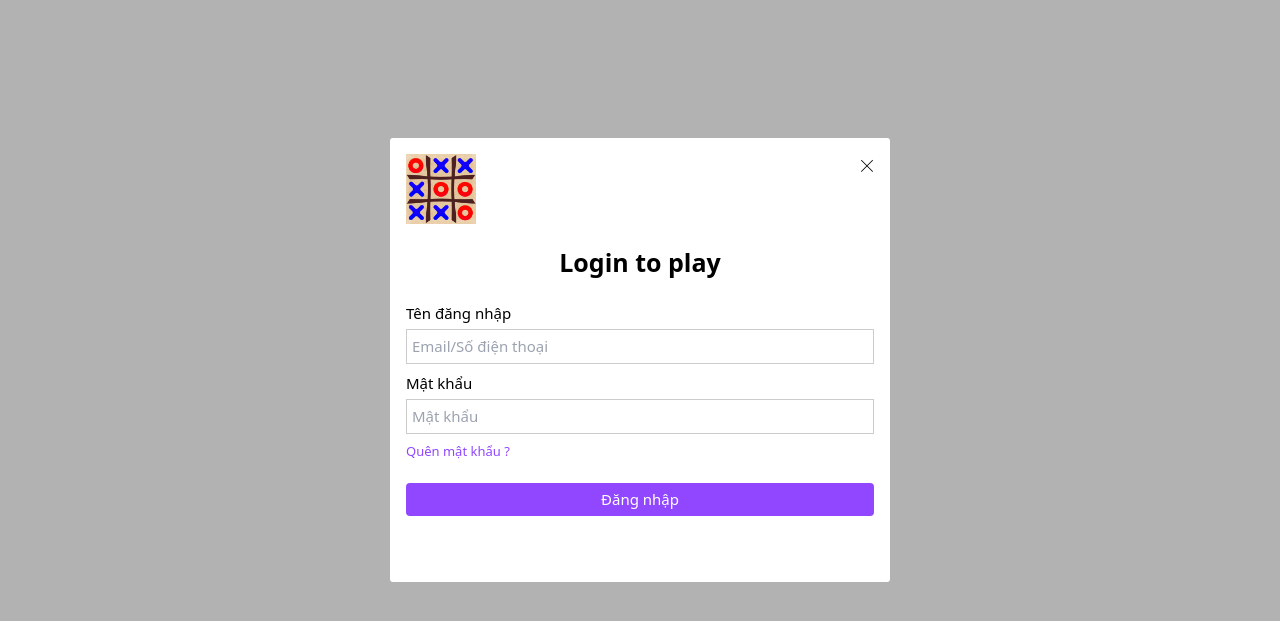
Repository: Teddy1705/demo_pj
Page: /
An editor plug-in stored every save of this project. The page is shown before and after the next save, followed by the edit.
The browser window is 1280 px wide. The pictures show the whole page.
The project was rebuilt for these pictures with package versions that can differ from the ones it lists, and the page was loaded fresh each time. Also part of the build but not shown: vite.config.js.

Above is the page before, as saved 2024-04-16 11:19:53.

### index.html
<!DOCTYPE html>
<html lang="en">
  <head>
    <meta charset="UTF-8" />
    <link rel="icon" type="image/svg+xml" href="/vite.svg" />
    <meta name="viewport" content="width=device-width, initial-scale=1.0" />
    <title>Tic Tac Toe</title>
    <link rel="stylesheet" href="./src/index.css" />
    <link
      rel="stylesheet"
      href="./src/assets/themify-icons/themify-icons.css"
    />
  </head>
  <body>
    <div id="root"></div>
    <script type="module" src="/src/main.jsx"></script>
  </body>
</html>

### src/index.css
:root {
  --white-color: #fff;
  --black-color: #000;
}

/*
1. Prevent padding and border from affecting element width. (https://github.com/mozdevs/cssremedy/issues/4)
2. Allow adding a border to an element by just adding a border-width. (https://github.com/tailwindcss/tailwindcss/pull/116)
*/

*,
::before,
::after {
  box-sizing: border-box;
  /* 1 */
  border-width: 0;
  /* 2 */
  border-style: solid;
  /* 2 */
  border-color: #e5e7eb;
  /* 2 */
}

::before,
::after {
  --tw-content: "";
}

/*
1. Use a consistent sensible line-height in all browsers.
2. Prevent adjustments of font size after orientation changes in iOS.
3. Use a more readable tab size.
4. Use the user's configured `sans` font-family by default.
5. Use the user's configured `sans` font-feature-settings by default.
6. Use the user's configured `sans` font-variation-settings by default.
7. Disable tap highlights on iOS
*/

html,
:host {
  line-height: 1.5;
  /* 1 */
  -webkit-text-size-adjust: 100%;
  /* 2 */
  -moz-tab-size: 4;
  /* 3 */
  -o-tab-size: 4;
  tab-size: 4;
  /* 3 */
  font-family: ui-sans-serif, system-ui, sans-serif, "Apple Color Emoji",
    "Segoe UI Emoji", "Segoe UI Symbol", "Noto Color Emoji";
  /* 4 */
  font-feature-settings: normal;
  /* 5 */
  font-variation-settings: normal;
  /* 6 */
  -webkit-tap-highlight-color: transparent;
  /* 7 */
}

/*
1. Remove the margin in all browsers.
2. Inherit line-height from `html` so users can set them as a class directly on the `html` element.
*/

body {
  margin: 0;
  /* 1 */
  line-height: inherit;
  /* 2 */
}

/*
1. Add the correct height in Firefox.
2. Correct the inheritance of border color in Firefox. (https://bugzilla.mozilla.org/show_bug.cgi?id=190655)
3. Ensure horizontal rules are visible by default.
*/

hr {
  height: 0;
  /* 1 */
  color: inherit;
  /* 2 */
  border-top-width: 1px;
  /* 3 */
}

/*
Add the correct text decoration in Chrome, Edge, and Safari.
*/

abbr:where([title]) {
  -webkit-text-decoration: underline dotted;
  text-decoration: underline dotted;
}

/*
Remove the default font size and weight for headings.
*/

h1,
h2,
h3,
h4,
h5,
h6 {
  font-size: inherit;
  font-weight: inherit;
}

/*
Reset links to optimize for opt-in styling instead of opt-out.
*/

a {
  color: inherit;
  text-decoration: inherit;
}

/*
Add the correct font weight in Edge and Safari.
*/

b,
strong {
  font-weight: bolder;
}

/*
1. Use the user's configured `mono` font-family by default.
2. Use the user's configured `mono` font-feature-settings by default.
3. Use the user's configured `mono` font-variation-settings by default.
4. Correct the odd `em` font sizing in all browsers.
*/

code,
kbd,
samp,
pre {
  font-family: ui-monospace, SFMono-Regular, Menlo, Monaco, Consolas,
    "Liberation Mono", "Courier New", monospace;
  /* 1 */
  font-feature-settings: normal;
  /* 2 */
  font-variation-settings: normal;
  /* 3 */
  font-size: 1em;
  /* 4 */
}

/*
Add the correct font size in all browsers.
*/

small {
  font-size: 80%;
}

/*
Prevent `sub` and `sup` elements from affecting the line height in all browsers.
*/

sub,
sup {
  font-size: 75%;
  line-height: 0;
  position: relative;
  vertical-align: baseline;
}

sub {
  bottom: -0.25em;
}

sup {
  top: -0.5em;
}

/*
1. Remove text indentation from table contents in Chrome and Safari. (https://bugs.chromium.org/p/chromium/issues/detail?id=999088, https://bugs.webkit.org/show_bug.cgi?id=201297)
2. Correct table border color inheritance in all Chrome and Safari. (https://bugs.chromium.org/p/chromium/issues/detail?id=935729, https://bugs.webkit.org/show_bug.cgi?id=195016)
3. Remove gaps between table borders by default.
*/

table {
  text-indent: 0;
  /* 1 */
  border-color: inherit;
  /* 2 */
  border-collapse: collapse;
  /* 3 */
}

/*
1. Change the font styles in all browsers.
2. Remove the margin in Firefox and Safari.
3. Remove default padding in all browsers.
*/

button,
input,
optgroup,
select,
textarea {
  font-family: inherit;
  /* 1 */
  font-feature-settings: inherit;
  /* 1 */
  font-variation-settings: inherit;
  /* 1 */
  font-size: 100%;
  /* 1 */
  font-weight: inherit;
  /* 1 */
  line-height: inherit;
  /* 1 */
  letter-spacing: inherit;
  /* 1 */
  color: inherit;
  /* 1 */
  margin: 0;
  /* 2 */
  padding: 0;
  /* 3 */
}

/*
Remove the inheritance of text transform in Edge and Firefox.
*/

button,
select {
  text-transform: none;
}

/*
1. Correct the inability to style clickable types in iOS and Safari.
2. Remove default button styles.
*/

button,
input:where([type="button"]),
input:where([type="reset"]),
input:where([type="submit"]) {
  -webkit-appearance: button;
  /* 1 */
  background-color: transparent;
  /* 2 */
  background-image: none;
  /* 2 */
}

/*
Use the modern Firefox focus style for all focusable elements.
*/

:-moz-focusring {
  outline: auto;
}

/*
Remove the additional `:invalid` styles in Firefox. (https://github.com/mozilla/gecko-dev/blob/2f9eacd9d3d995c937b4251a5557d95d494c9be1/layout/style/res/forms.css#L728-L737)
*/

:-moz-ui-invalid {
  box-shadow: none;
}

/*
Add the correct vertical alignment in Chrome and Firefox.
*/

progress {
  vertical-align: baseline;
}

/*
Correct the cursor style of increment and decrement buttons in Safari.
*/

::-webkit-inner-spin-button,
::-webkit-outer-spin-button {
  height: auto;
}

/*
1. Correct the odd appearance in Chrome and Safari.
2. Correct the outline style in Safari.
*/

[type="search"] {
  -webkit-appearance: textfield;
  /* 1 */
  outline-offset: -2px;
  /* 2 */
}

/*
Remove the inner padding in Chrome and Safari on macOS.
*/

::-webkit-search-decoration {
  -webkit-appearance: none;
}

/*
1. Correct the inability to style clickable types in iOS and Safari.
2. Change font properties to `inherit` in Safari.
*/

::-webkit-file-upload-button {
  -webkit-appearance: button;
  /* 1 */
  font: inherit;
  /* 2 */
}

/*
Add the correct display in Chrome and Safari.
*/

summary {
  display: list-item;
}

/*
Removes the default spacing and border for appropriate elements.
*/

blockquote,
dl,
dd,
h1,
h2,
h3,
h4,
h5,
h6,
hr,
figure,
p,
pre {
  margin: 0;
}

fieldset {
  margin: 0;
  padding: 0;
}

legend {
  padding: 0;
}

ol,
ul,
menu {
  list-style: none;
  margin: 0;
  padding: 0;
}

/*
Reset default styling for dialogs.
*/

dialog {
  padding: 0;
}

/*
Prevent resizing textareas horizontally by default.
*/

textarea {
  resize: vertical;
}

/*
1. Reset the default placeholder opacity in Firefox. (https://github.com/tailwindlabs/tailwindcss/issues/3300)
2. Set the default placeholder color to the user's configured gray 400 color.
*/

input::-moz-placeholder,
textarea::-moz-placeholder {
  opacity: 1;
  /* 1 */
  color: #9ca3af;
  /* 2 */
}

input::placeholder,
textarea::placeholder {
  opacity: 1;
  /* 1 */
  color: #9ca3af;
  /* 2 */
}

/*
Set the default cursor for buttons.
*/

button,
[role="button"] {
  cursor: pointer;
}

/*
Make sure disabled buttons don't get the pointer cursor.
*/

:disabled {
  cursor: default;
}

/*
1. Make replaced elements `display: block` by default. (https://github.com/mozdevs/cssremedy/issues/14)
2. Add `vertical-align: middle` to align replaced elements more sensibly by default. (https://github.com/jensimmons/cssremedy/issues/14#issuecomment-634934210)
   This can trigger a poorly considered lint error in some tools but is included by design.
*/

img,
svg,
video,
canvas,
audio,
iframe,
embed,
object {
  display: block;
  /* 1 */
  vertical-align: middle;
  /* 2 */
}

/*
Constrain images and videos to the parent width and preserve their intrinsic aspect ratio. (https://github.com/mozdevs/cssremedy/issues/14)
*/

img,
video {
  max-width: 100%;
  height: auto;
}

/* Make elements with the HTML hidden attribute stay hidden by default */

[hidden] {
  display: none;
}

*,
::before,
::after {
  --tw-border-spacing-x: 0;
  --tw-border-spacing-y: 0;
  --tw-translate-x: 0;
  --tw-translate-y: 0;
  --tw-rotate: 0;
  --tw-skew-x: 0;
  --tw-skew-y: 0;
  --tw-scale-x: 1;
  --tw-scale-y: 1;
  --tw-pan-x: ;
  --tw-pan-y: ;
  --tw-pinch-zoom: ;
  --tw-scroll-snap-strictness: proximity;
  --tw-gradient-from-position: ;
  --tw-gradient-via-position: ;
  --tw-gradient-to-position: ;
  --tw-ordinal: ;
  --tw-slashed-zero: ;
  --tw-numeric-figure: ;
  --tw-numeric-spacing: ;
  --tw-numeric-fraction: ;
  --tw-ring-inset: ;
  --tw-ring-offset-width: 0px;
  --tw-ring-offset-color: #fff;
  --tw-ring-color: rgb(59 130 246 / 0.5);
  --tw-ring-offset-shadow: 0 0 #0000;
  --tw-ring-shadow: 0 0 #0000;
  --tw-shadow: 0 0 #0000;
  --tw-shadow-colored: 0 0 #0000;
  --tw-blur: ;
  --tw-brightness: ;
  --tw-contrast: ;
  --tw-grayscale: ;
  --tw-hue-rotate: ;
  --tw-invert: ;
  --tw-saturate: ;
  --tw-sepia: ;
  --tw-drop-shadow: ;
  --tw-backdrop-blur: ;
  --tw-backdrop-brightness: ;
  --tw-backdrop-contrast: ;
  --tw-backdrop-grayscale: ;
  --tw-backdrop-hue-rotate: ;
  --tw-backdrop-invert: ;
  --tw-backdrop-opacity: ;
  --tw-backdrop-saturate: ;
  --tw-backdrop-sepia: ;
  --tw-contain-size: ;
  --tw-contain-layout: ;
  --tw-contain-paint: ;
  --tw-contain-style: ;
}

::backdrop {
  --tw-border-spacing-x: 0;
  --tw-border-spacing-y: 0;
  --tw-translate-x: 0;
  --tw-translate-y: 0;
  --tw-rotate: 0;
  --tw-skew-x: 0;
  --tw-skew-y: 0;
  --tw-scale-x: 1;
  --tw-scale-y: 1;
  --tw-pan-x: ;
  --tw-pan-y: ;
  --tw-pinch-zoom: ;
  --tw-scroll-snap-strictness: proximity;
  --tw-gradient-from-position: ;
  --tw-gradient-via-position: ;
  --tw-gradient-to-position: ;
  --tw-ordinal: ;
  --tw-slashed-zero: ;
  --tw-numeric-figure: ;
  --tw-numeric-spacing: ;
  --tw-numeric-fraction: ;
  --tw-ring-inset: ;
  --tw-ring-offset-width: 0px;
  --tw-ring-offset-color: #fff;
  --tw-ring-color: rgb(59 130 246 / 0.5);
  --tw-ring-offset-shadow: 0 0 #0000;
  --tw-ring-shadow: 0 0 #0000;
  --tw-shadow: 0 0 #0000;
  --tw-shadow-colored: 0 0 #0000;
  --tw-blur: ;
  --tw-brightness: ;
  --tw-contrast: ;
  --tw-grayscale: ;
  --tw-hue-rotate: ;
  --tw-invert: ;
  --tw-saturate: ;
  --tw-sepia: ;
  --tw-drop-shadow: ;
  --tw-backdrop-blur: ;
  --tw-backdrop-brightness: ;
  --tw-backdrop-contrast: ;
  --tw-backdrop-grayscale: ;
  --tw-backdrop-hue-rotate: ;
  --tw-backdrop-invert: ;
  --tw-backdrop-opacity: ;
  --tw-backdrop-saturate: ;
  --tw-backdrop-sepia: ;
  --tw-contain-size: ;
  --tw-contain-layout: ;
  --tw-contain-paint: ;
  --tw-contain-style: ;
}

#modal {
  position: fixed;
  top: 0;
  right: 0;
  bottom: 0;
  left: 0;
  display: flex;
  align-items: center;
  justify-content: center;
}

#modal .modal__overlay {
  position: absolute;
  width: 100%;
  height: 100%;
  background-color: rgba(0, 0, 0, 0.3);
}

#modal .modal__body {
  position: relative;
  background-color: var(--white-color);
  margin: auto;
  width: 500px;
  min-height: 300px;
  padding: 16px;
  border-radius: 3px;
}

.auth-form__logo-game {
  display: flex;
  align-items: center;
  justify-content: center;
  width: 70px;
}

.auth-form__heading {
  font-size: 25px;
  font-weight: 700;
  text-align: center;
  margin: 20px 0;
}

.auth-form__close {
  position: absolute;
  top: 0;
  right: 0;
  font-size: 14px;
  padding: 18px 16px;
}

.auth-form__close:hover {
  background-color: #ccc;
  cursor: pointer;
}

.auth-form__info {
}

.auth-form__info-details {
}

.auth-form__label {
  display: block;
  font-size: 15px;
  font-weight: 500;
}

.auth-form__info-input {
  border: 1px solid #ccc;
  width: 100%;
  font-size: 15px;
  padding: 5px;
  margin: 5px 0 8px;
}

.auth-form__help {
  font-size: 13px;
  font-weight: 400;
  color: #9147ff;
  margin-bottom: 22px;
}

.auth-form__btn {
  width: 100%;
  background-color: #9147ff;
  color: #fff;
  font-size: 15px;
  font-weight: 500;
  padding: 5px;
  border-radius: 4px;
  margin-bottom: 50px;
}

### src/main.jsx
import React from "react";
import ReactDOM from "react-dom/client";
import App from "./App.jsx";
import { createBrowserRouter, RouterProvider } from "react-router-dom";
import Root from "./routes/root";
import "./index.css";

const router = createBrowserRouter([
  {
    path: "/",
    element: <Root />,
  },
]);

ReactDOM.createRoot(document.getElementById("root")).render(
  <React.StrictMode>
    <RouterProvider router={router} />
    <App />
  </React.StrictMode>
);

### src/routes/root.jsx
export default function Root() {
  return (
    <>
      <div id="modal">
        <div className="modal__overlay"></div>
        <div className="modal__body">
          <div className="auth-form__logo-game">
            <img src="/src/assets/tictactoe.png" alt="" />
          </div>
          <h1 className="auth-form__heading">Login to play</h1>
          <div className="auth-form__close">
            <i className="ti-close"></i>
          </div>
          <div className="auth-form__info">
            <div className="auth-form__info-details">
              <label htmlFor="" className="auth-form__label">
                Tên đăng nhập
              </label>
              <input
                type="text"
                className="auth-form__info-input"
                placeholder="Email/Số điện thoại"
              />
            </div>
            <div className="auth-form__info-details">
              <label htmlFor="" className="auth-form__label">
                Mật khẩu
              </label>
              <input
                type="password"
                className="auth-form__info-input"
                placeholder="Mật khẩu"
              />
            </div>
          </div>
          <div className="auth-form__help">Quên mật khẩu ?</div>
          <button className="auth-form__btn">
            <a
              href={`https://codesandbox.io/s/q2z497?file=%2Fsrc%2FApp.js&utm_medium=sandpack`}
              className=""
            >
              Đăng nhập
            </a>
          </button>
        </div>
      </div>
      <div id="detail"></div>
    </>
  );
}

Loaded but not shown: src/assets/themify-icons/themify-icons.css (common file); src/App.jsx (common file)

After the next save:
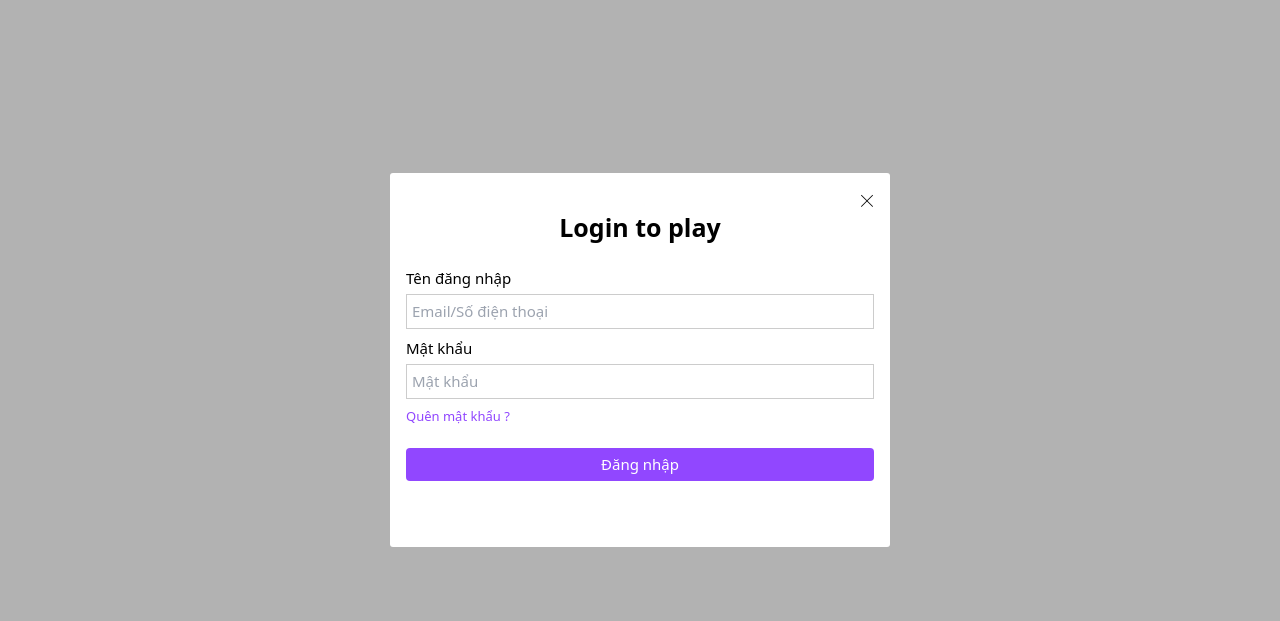
Saved 97 s later.
--- a/src/routes/root.jsx
+++ b/src/routes/root.jsx
@@ -4,9 +4,6 @@ export default function Root() {
       <div id="modal">
         <div className="modal__overlay"></div>
         <div className="modal__body">
-          <div className="auth-form__logo-game">
-            <img src="/src/assets/tictactoe.png" alt="" />
-          </div>
           <h1 className="auth-form__heading">Login to play</h1>
           <div className="auth-form__close">
             <i className="ti-close"></i>
